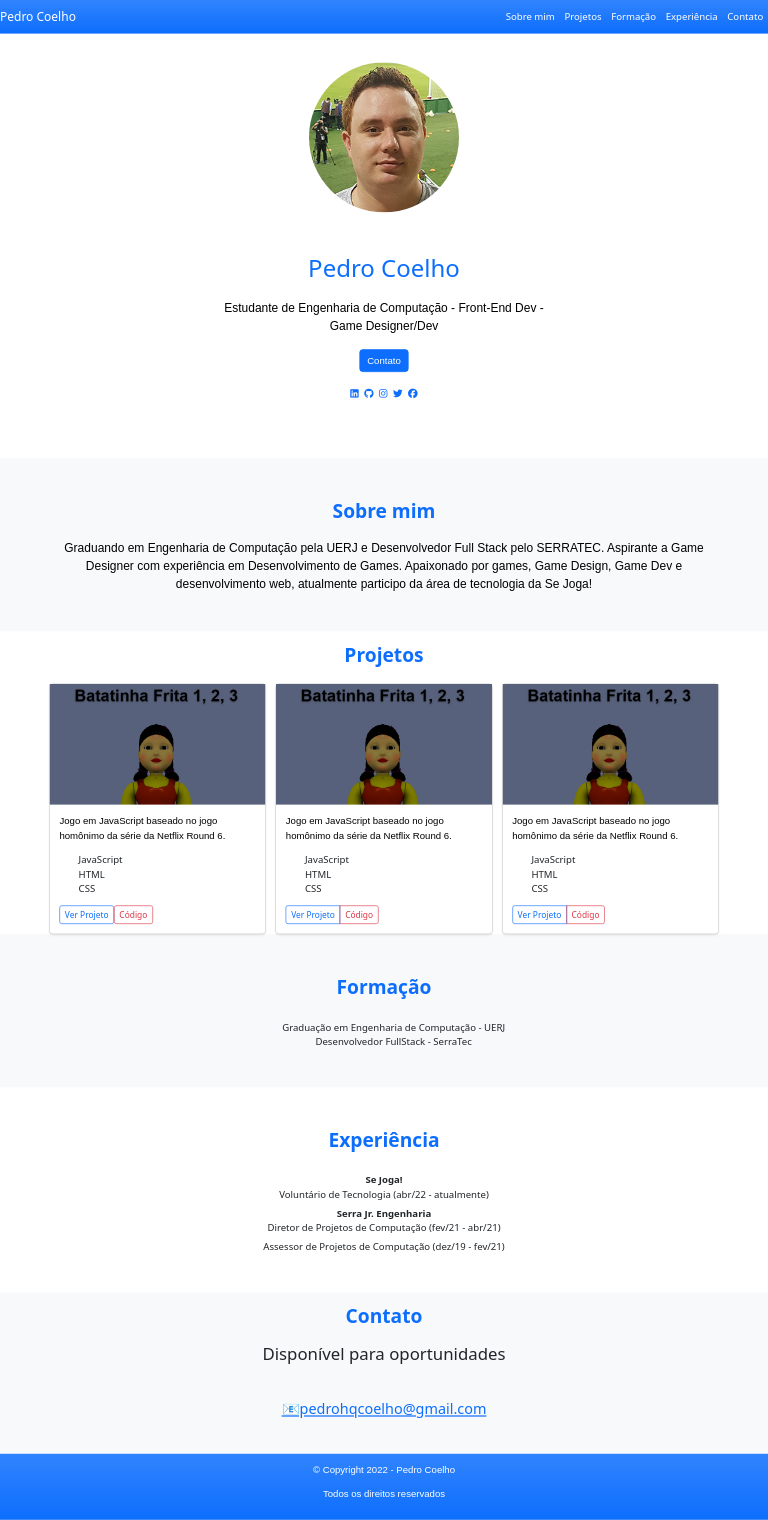
Repository: PedroHQCoelho/portfolio
Page: index.html
The author's editor kept a copy of each file at every save. The page is drawn from the files as they stood at one save, then again after the next save.
The browser window is 1280 px wide. The pictures show the whole page, at 60% of full size.
Some web libraries are served in a nearby version.

Above is the page before, as saved 2022-05-26 20:15:05.

### index.html
<!DOCTYPE html>
<html lang="pt-BR">
<head>
    <meta charset="UTF-8">
    <meta http-equiv="X-UA-Compatible" content="IE=edge">
    <meta name="viewport" content="width=device-width, initial-scale=1.0">
    <title>Pedro Coelho - Portfólio</title>
    <link href="https://cdn.jsdelivr.net/npm/bootstrap@5.2.0-beta1/dist/css/bootstrap.min.css" rel="stylesheet" integrity="sha384-0evHe/X+R7YkIZDRvuzKMRqM+OrBnVFBL6DOitfPri4tjfHxaWutUpFmBp4vmVor" crossorigin="anonymous">
    <script src="https://cdn.jsdelivr.net/npm/bootstrap@5.2.0-beta1/dist/js/bootstrap.bundle.min.js" integrity="sha384-pprn3073KE6tl6bjs2QrFaJGz5/SUsLqktiwsUTF55Jfv3qYSDhgCecCxMW52nD2" crossorigin="anonymous"></script>
    <script src="https://cdn.jsdelivr.net/npm/@popperjs/core@2.11.5/dist/umd/popper.min.js" integrity="sha384-Xe+8cL9oJa6tN/veChSP7q+mnSPaj5Bcu9mPX5F5xIGE0DVittaqT5lorf0EI7Vk" crossorigin="anonymous"></script>
    <script src="https://cdn.jsdelivr.net/npm/bootstrap@5.2.0-beta1/dist/js/bootstrap.min.js" integrity="sha384-kjU+l4N0Yf4ZOJErLsIcvOU2qSb74wXpOhqTvwVx3OElZRweTnQ6d31fXEoRD1Jy" crossorigin="anonymous"></script>
    <script src="https://kit.fontawesome.com/65e0a77774.js" crossorigin="anonymous"></script>
    <link rel="stylesheet" href="style.css">
</head>
<body>
    <nav class="navbar navbar-expand-lg navbar-light bg-primary bg-gradient">
        <a class="navbar-brand textoBranco" href="#">Pedro Coelho</a>
        <button class="navbar-toggler" type="button" data-toggle="collapse" data-target="#navbarSupportedContent" aria-controls="navbarSupportedContent" aria-expanded="false" aria-label="Toggle navigation">
          <span class="navbar-toggler-icon"></span>
        </button>

        <div class="collapse navbar-collapse" id="navbarSupportedContent">
          <ul class="navbar-nav me-auto">

          </ul>
          <ul class="navbar-nav">
            <li class="nav-item">
                <a class="nav-link textoBranco" href="#sobre-mim">Sobre mim</a>
            </li>
            <li class="nav-item">
                <a class="nav-link textoBranco" href="#projetos">Projetos</a>
            </li>
            <li class="nav-item">
                <a class="nav-link textoBranco" href="#formacao">Formação</a>
            </li>
            <li class="nav-item">
                <a class="nav-link textoBranco" href="#experiencia">Experiência</a>
            </li>
            <li class="nav-item">
                <a class="nav-link textoBranco" href="#contato">Contato</a>
            </li>
          </ul>
        </div>
    </nav>

    <section class="py-5 text-center container">
        <img class="foto-perfil" src="img/foto-rosto.png" alt="foto perfil">
        <div class="row py-lg-5">
            <div class="col-lg-6 col-md-8 mx-auto">
            <h1 class="fw-light titulosAzuis">Pedro Coelho</h1>
            <p class="lead">Estudante de Engenharia de Computação - Front-End Dev - Game Designer/Dev</p>
            <p>
              <a href="#contato" class="btn btn-primary my-2">Contato</a>
            </p>
            <a href="https://www.linkedin.com/in/pedrohqcoelho/" target="_blank" title="Linkedin - Pedro Coelho"><i class="fab fa-linkedin"></i></a>
            <a href="https://github.com/PedroHQCoelho" target="_blank" title="Github - PedroHQCoelho"><i class="icones fab fa-github"></i></a>
            <a href="https://www.instagram.com/pedro.hq.coelho/" target="_blank" title="Instagram - @pedro.hq.coelho"><i class="icones fab fa-instagram"></i></a>
            <a href="https://twitter.com/pedrohqcoelho" target="_blank" title="Twitter - @pedrohqcoelho"><i class="icones fab fa-twitter"></i></a>
            <a href="https://www.facebook.com/pedrohqcoelho" target="_blank" title="Facebook - Pedro Coelho"><i class="icones fab fa-facebook"></i></a>
          </div>
        </div>
    </section>

    <!--Sobre mim-->
    <div class="album py-5 bg-light" id="sobre-mim">


        <section class="jumbotron text-center">
          <div class="container">
            <h2 class="jumbotron-heading titulosAzuis">Sobre mim</h2>
            <p class="lead">
              Graduando em Engenharia de Computação pela UERJ e Desenvolvedor Full Stack pelo SERRATEC.
              Aspirante a Game Designer com experiência em Desenvolvimento de Games.
              Apaixonado por games, Game Design, Game Dev e desenvolvimento web, atualmente participo da área de tecnologia da Se Joga!
            </p>
          </div>
        </section>
      </div>

    <!--Projetos-->

        <div class="container" id="projetos">
          <h2 class="jumbotron-heading text-center titulosAzuis">Projetos</h2>
          <div class="row row-cols-1 row-cols-sm-2 row-cols-md-3 g-3">
            <div class="col">
              <div class="card shadow-sm">
                <img src="img/batatinhafrita123.png" alt="">
                <div class="card-body">
                  <p class="card-text">Jogo em JavaScript baseado no jogo homônimo da série da Netflix Round 6.</p>
                  <ul>
                    <li>JavaScript</li>
                    <li>HTML</li>
                    <li>CSS</li>
                  </ul>
                  <div class="d-flex justify-content-between align-items-center">
                    <div class="btn-group">
                      <a href="https://batatinha-frita-1-2-3.netlify.app/" target="_blank" rel="noopener noreferrer">
                        <button type="button" class="btn btn-sm btn-outline-primary">Ver Projeto</button>
                      </a>
                      <a href="https://github.com/PedroHQCoelho/batatinha-frita-1-2-3" target="_blank" rel="noopener noreferrer">
                        <button type="button" class="btn btn-sm btn-outline-danger">Código</button>
                      </a>
                    </div>
                  </div>
                </div>
              </div>
            </div>
            <div class="col">
              <div class="card shadow-sm">
                <img src="img/batatinhafrita123.png" alt="">
                <div class="card-body">
                  <p class="card-text">Jogo em JavaScript baseado no jogo homônimo da série da Netflix Round 6.</p>
                  <ul>
                    <li>JavaScript</li>
                    <li>HTML</li>
                    <li>CSS</li>
                  </ul>
                  <div class="d-flex justify-content-between align-items-center">
                    <div class="btn-group">
                      <button type="button" class="btn btn-sm btn-outline-primary">Ver Projeto</button>
                      <button type="button" class="btn btn-sm btn-outline-danger">Código</button>
                    </div>
                  </div>
                </div>
              </div>
            </div>
            <div class="col">
              <div class="card shadow-sm">
                <img src="img/batatinhafrita123.png" alt="">
                <div class="card-body">
                  <p class="card-text">Jogo em JavaScript baseado no jogo homônimo da série da Netflix Round 6.</p>
                  <ul>
                    <li>JavaScript</li>
                    <li>HTML</li>
                    <li>CSS</li>
                  </ul>
                  <div class="d-flex justify-content-between align-items-center">
                    <div class="btn-group">
                      <button type="button" class="btn btn-sm btn-outline-primary">Ver Projeto</button>
                      <button type="button" class="btn btn-sm btn-outline-danger">Código</button>
                    </div>
                  </div>
                </div>
              </div>
            </div>
          </div>
        </div>

    <!--Formação-->
    <div class="album py-5 bg-light" id="formacao">
        <section class="jumbotron text-center">
          <div class="container">
            <h2 class="jumbotron-heading titulosAzuis">Formação</h2>
            <p class="lead">
            <ul>
              <li>Graduação em Engenharia de Computação - UERJ</li>
              <li>Desenvolvedor FullStack - SerraTec</li>
            </ul>
            </p>
          </div>
        </section>
      </div>

    <!--Experiência-->
    <div class="album py-5" id="experiencia">
      <section class="jumbotron text-center">
        <div class="container">
          <h2 class="jumbotron-heading titulosAzuis">Experiência</h2>
          <p class="lead">
          <dl>
            <dt>Se Joga!</dt>
            <dd>Voluntário de Tecnologia (abr/22 - atualmente)</dd>
            <dt>Serra Jr. Engenharia</dt>
            <dd>Diretor de Projetos de Computação (fev/21 - abr/21)</dd>
            <dd>Assessor de Projetos de Computação (dez/19 - fev/21)</dd>
          </dl>
          </p>
        </div>
      </section>
    </div>

    <!--Contato-->
        <section>
          <div class="container-fluid bg-light" id="contato">
            <h2 class="jumbotron-heading text-center titulosAzuis">Contato</h2>
            <h3 class="text-center">Disponível para oportunidades</h3>
            <a href="mailto:pedrohqcoelho@gmail.com">
              <h4 class="text-center">📧pedrohqcoelho@gmail.com</h4>
            </a>
          </div>
        </section>

        <!--Footer-->
        <footer class="text-center bg-primary bg-gradient textoFooter">
          <p class="textoBranco">© Copyright 2022 - Pedro Coelho</p>
          <p class="textoBranco">Todos os direitos reservados</p>
        </footer>
</body>
</html>

### style.css
html {
    scroll-behavior: smooth;
}

.foto-perfil {
    height: 100%;
    width: auto;
    max-width: 100%;
    border-radius: 50%;
}

p {
    font-family:Arial, Helvetica, sans-serif;
    color: black !important;
}

.icones {
    padding-left: 5px;
}

.titulosBrancos {
    text-decoration: underline;
    text-underline-position: below;
    padding-bottom: 20px;
    text-transform: uppercase;
    font-weight: 700;
    color: white;
}

.titulosAzuis {
    padding: 20px;
    font-weight: 700;
    color: #0d6efd;
}

.textoBranco {
    color: white !important;
}

.jumbotron {
    margin-bottom: 0px;
}

.textoFooter {
    margin: 0;
    padding: 15px 0px 15px 0;
}

h3, h4 {
    padding-bottom: 60px;
    margin-bottom: 0;
}

ul {
    list-style: none;
}

After the next save:
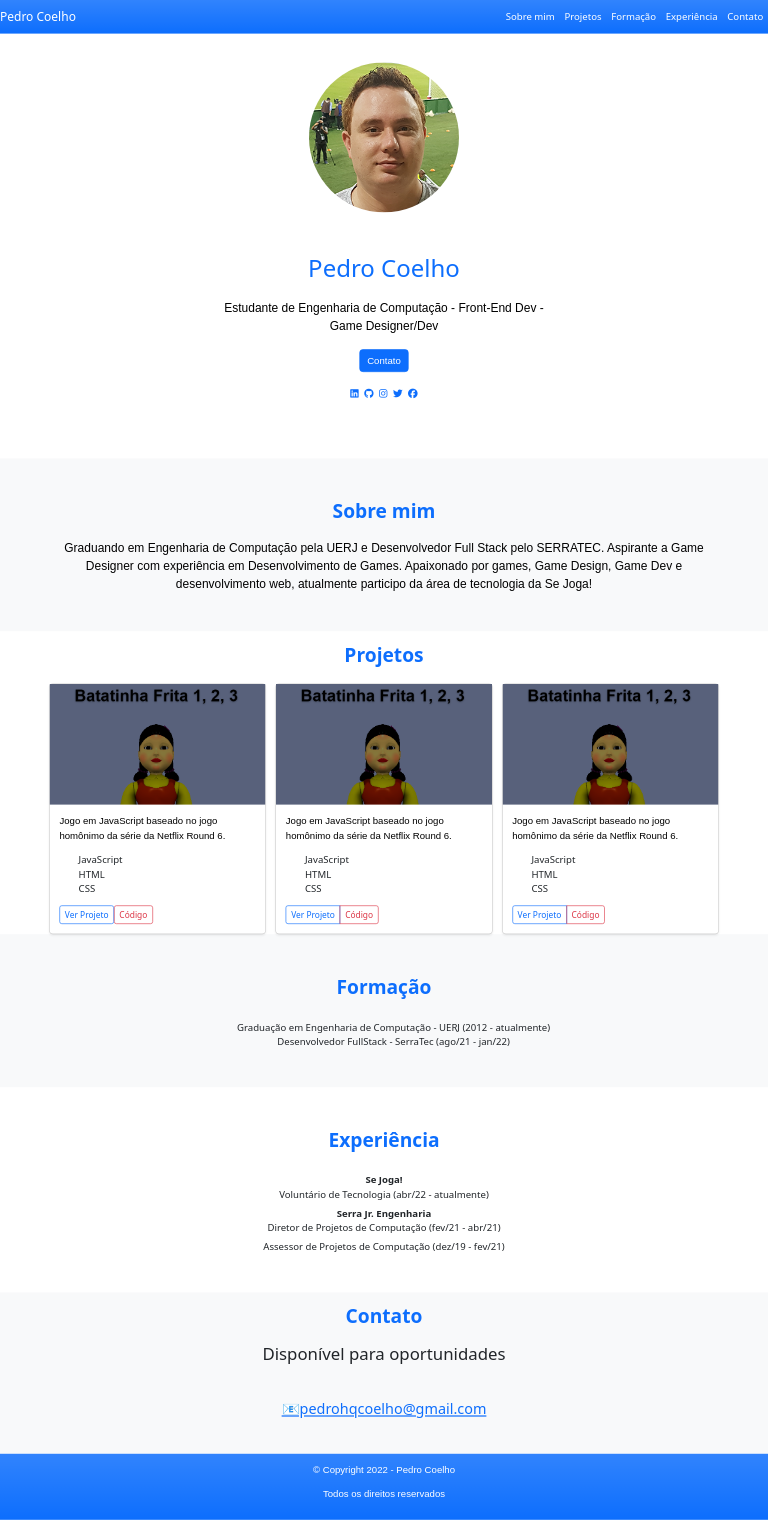
Saved 39 s later.
--- a/index.html
+++ b/index.html
@@ -153,8 +153,8 @@
             <h2 class="jumbotron-heading titulosAzuis">Formação</h2>
             <p class="lead">
             <ul>
-              <li>Graduação em Engenharia de Computação - UERJ</li>
-              <li>Desenvolvedor FullStack - SerraTec</li>
+              <li>Graduação em Engenharia de Computação - UERJ (2012 - atualmente)</li>
+              <li>Desenvolvedor FullStack - SerraTec (ago/21 - jan/22)</li>
             </ul>
             </p>
           </div>
